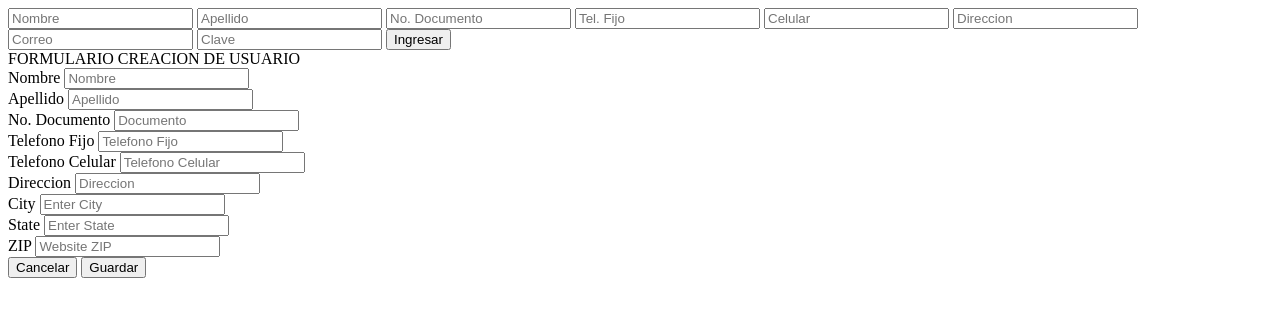
Repository: DA5CH25/kohaku_php
Page: http://localhost/kohaku_php/views/modules/ingresar.php
An editor plug-in stored every save of this project. The page is shown before and after the next save, followed by the edit.
The browser window is 1280 px wide. The pictures show the whole page.
The page is run by PHP 8.4 with error messages shown; the project is at /var/www/html/.

Above is the page before, as saved 2021-05-16 19:41:25.

### views/modules/ingresar.php
<!DOCTYPE html>
<html lang="en">
<head>
	<meta charset="UTF-8" />
	<title>Roles</title>
</head>
<body>



		<input name="nombre" placeholder="Nombre" />
		<input name="apellido" placeholder="Apellido" />
		<input name="numero_identificacion" placeholder="No. Documento" />
		<input name="telefono_fijo" placeholder="Tel. Fijo" />
		<input name="telefono_movil" placeholder="Celular" />
		<input name="direccion" placeholder="Direccion" />
		<input name="correo_electronico" placeholder="Correo" />
		<input name="clave" placeholder="Clave" />
		<input type="submit" value="Ingresar" />

	<div class="col-xl-9 col-lg-9 col-md-12 col-sm-12 col-12">
							<div class="card h-100">
								<div class="card-header">
									<div class="card-title">FORMULARIO CREACION DE USUARIO</div>
								</div>
								<div class="card-body">
									<div class="row gutters">
										<div class="col-xl-6 col-lg-6 col-md-6 col-sm-6 col-12">
											<form action="" method="POST">
											<div class="form-group">
												<label for="fullName">Nombre</label>
												<input type="text" class="form-control" id="fullName" placeholder="Nombre">
											</div>
											<div class="form-group">
												<label for="fullName">Apellido</label>
												<input type="text" class="form-control" id="fullName" placeholder="Apellido">
											</div>
											<div class="form-group">
												<label for="eMail">No. Documento</label>
												<input type="email" class="form-control" id="eMail" placeholder="Documento">
											</div>
											<div class="form-group">
												<label for="phone">Telefono Fijo</label>
												<input type="text" class="form-control" id="phone" placeholder="Telefono Fijo">
											</div>
											<div class="form-group">
												<label for="website">Telefono Celular</label>
												<input type="url" class="form-control" id="website" placeholder="Telefono Celular">
											</div>
										</div>
										<div class="col-xl-6 col-lg-6 col-md-6 col-sm-6 col-12">
											<div class="form-group">
												<label for="addRess">Direccion</label>
												<input type="text" class="form-control" id="addRess" placeholder="Direccion">
											</div>
											<div class="form-group">
												<label for="ciTy">City</label>
												<input type="name" class="form-control" id="ciTy" placeholder="Enter City">
											</div>
											<div class="form-group">
												<label for="sTate">State</label>
												<input type="text" class="form-control" id="sTate" placeholder="Enter State">
											</div>
											<div class="form-group">
												<label for="zIp">ZIP</label>
												<input type="number" class="form-control" id="zIp" placeholder="Website ZIP">
											</div>
										</div>
										<div class="col-xl-12 col-lg-12 col-md-12 col-sm-12 col-12">
											<div class="text-right">
												<button type="button" id="submit" name="submit" class="btn btn-white">Cancelar</button>
												<button type="button" id="submit" name="submit" class="btn btn-primary">Guardar</button>
											</div>
										</div>
										</form>
									</div>
								</div>
							</div>
						</div>
					</div>
					<!-- Row end -->
</body>
</html>

After the next save:
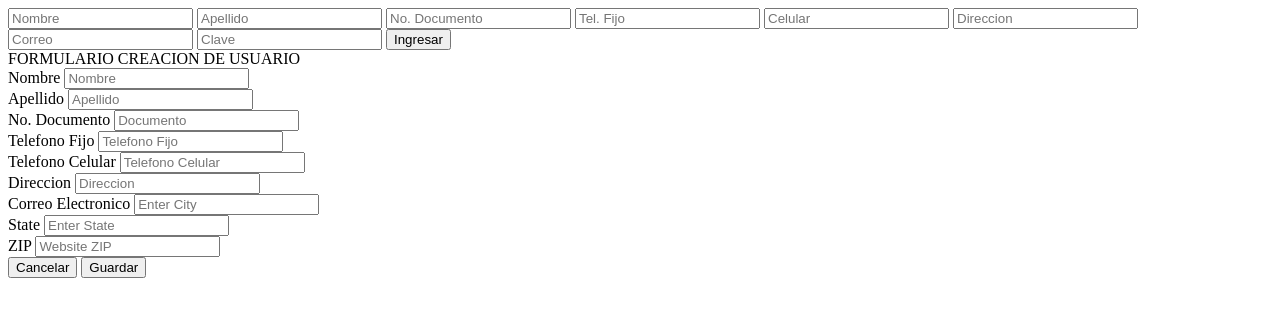
Saved 12 s later.
--- a/views/modules/ingresar.php
+++ b/views/modules/ingresar.php
@@ -54,7 +54,7 @@
 												<input type="text" class="form-control" id="addRess" placeholder="Direccion">
 											</div>
 											<div class="form-group">
-												<label for="ciTy">City</label>
+												<label for="ciTy">Correo Electronico</label>
 												<input type="name" class="form-control" id="ciTy" placeholder="Enter City">
 											</div>
 											<div class="form-group">
